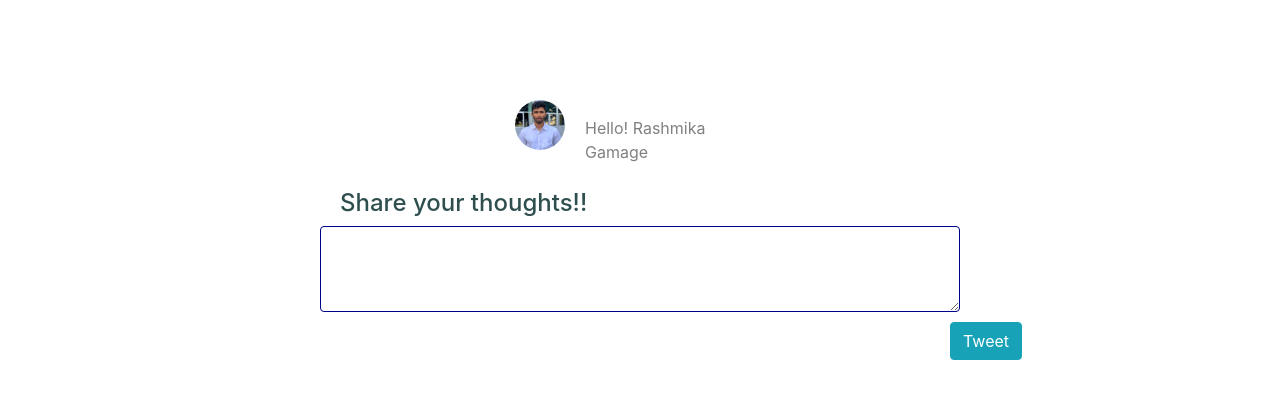
Repository: rashmikagamage/OAuth-Implementation
Page: / (app in frontend/)
An editor plug-in stored every save of this project. The page is shown before and after the next save, followed by the edit.
The browser window is 1280 px wide. The pictures show the whole page.
Some web libraries are served in a nearby version. The project was rebuilt for these pictures with package versions that can differ from the ones it lists, and the page was loaded fresh each time. Also part of the build but not shown: frontend/src/components/login.js, frontend/src/components/git-home.js, frontend/src/App.css.

Above is the page before, as saved 2021-09-08 10:48:25.

After the next save:
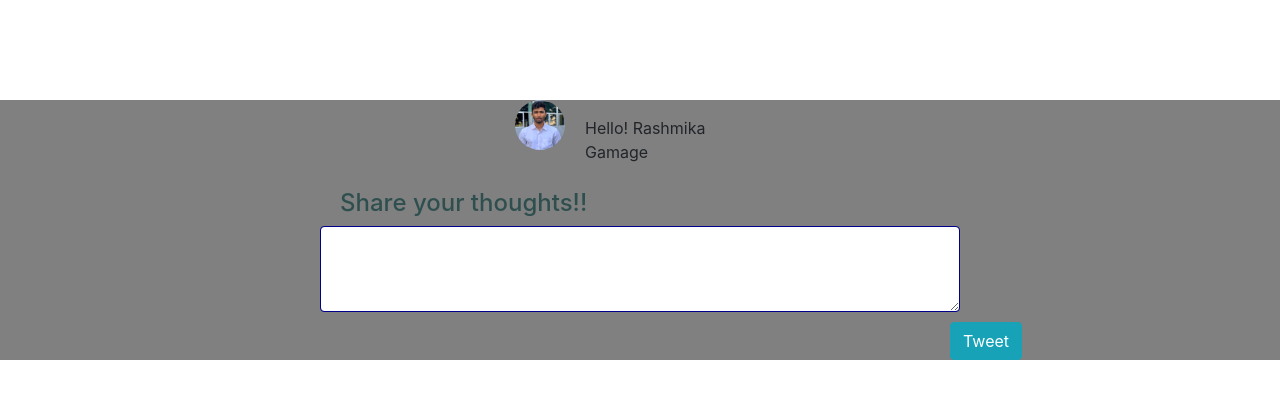
Saved 11 s later.
--- a/frontend/src/css/twitter.css
+++ b/frontend/src/css/twitter.css
@@ -39,5 +39,5 @@
     margin-bottom: 25px;
 }
 .bg{
-    color: gray;
+    background-color: gray;
 }

After the save that followed:
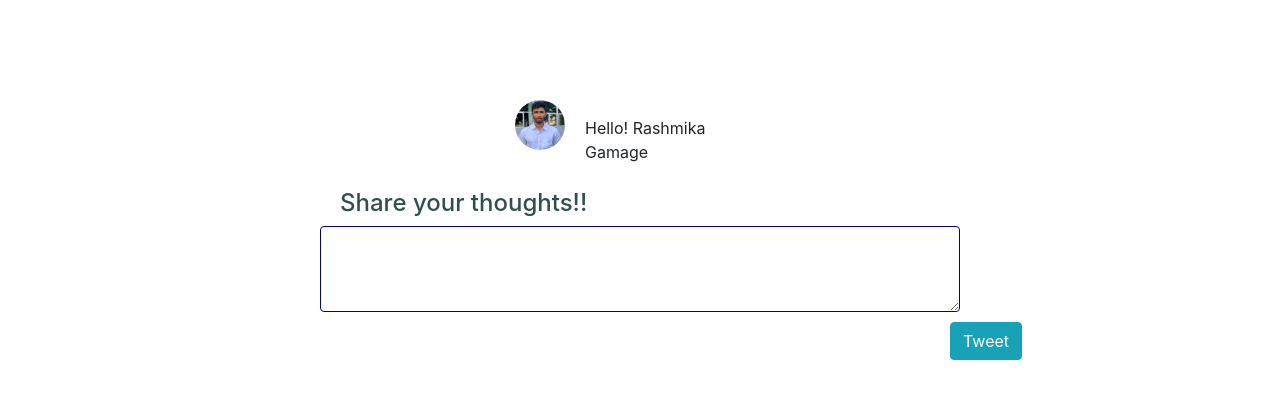
Saved 14 s later.
--- a/frontend/src/components/twitter-home.js
+++ b/frontend/src/components/twitter-home.js
@@ -10,7 +10,7 @@ function TwitterHome(props) {
 
     }
   return (
-    <div className="bg">
+    <div className="">
       <div class="container avatar-cont">
         <div class="row">
           <div class="col-sm-3">
